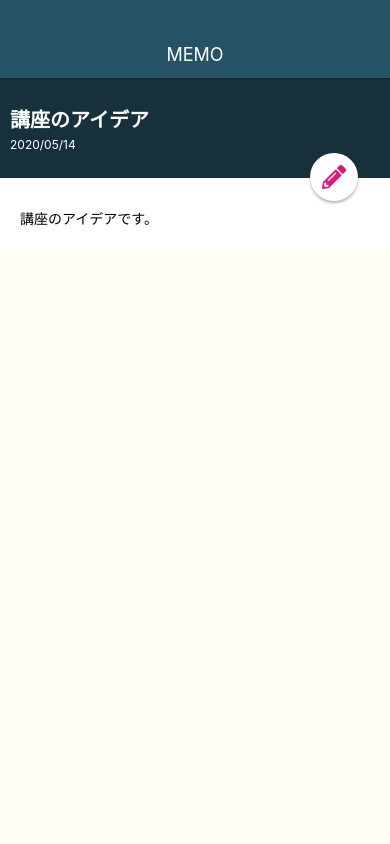
Repository: NagataRyuji0630/memo_app_for_reactNative
Screen: /
The author's editor kept a copy of each file at every save. The screen is drawn from the files as they stood at one save, then again after the next save.
The app was drawn by React Native's web renderer in a window 390 px wide. The project was rebuilt for these pictures with package versions that can differ from the ones it lists, and the page was loaded fresh each time. Some packages were replaced by stand-ins written for this rebuild.

Above is the screen before, as saved 2020-05-14 14:23:17.

After the next save:
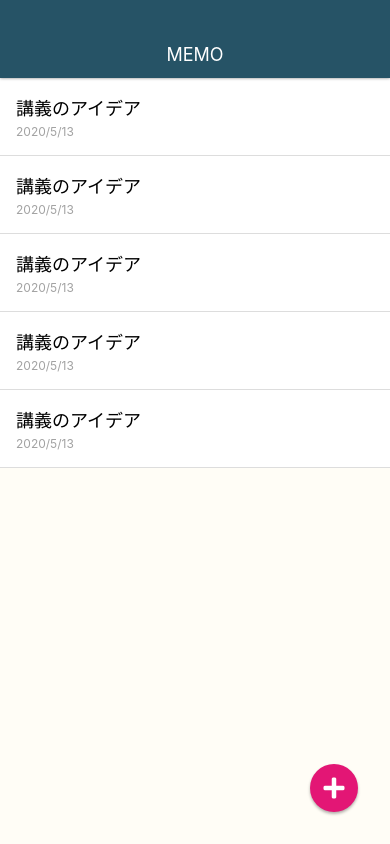
Saved 17 s later.
--- a/App.js
+++ b/App.js
@@ -10,7 +10,7 @@ export default class App extends React.Component {
     return (
       <View style={styles.container}>
         <AppBar />
-        <MemoDtailScreen />
+        <MemoListScreen />
       </View>
     );
   }
